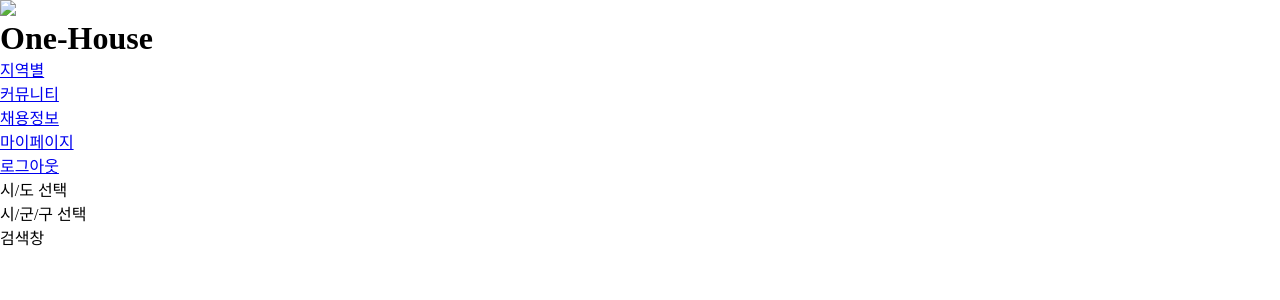
Repository: hans9170/test11
Page: onehouse/src/main/webapp/main.html
An editor plug-in stored every save of this project. The page is shown before and after the next save, followed by the edit.
The browser window is 1280 px wide. The pictures show the whole page.

Above is the page before, as saved 2025-02-05 23:36:14.

After the next save:
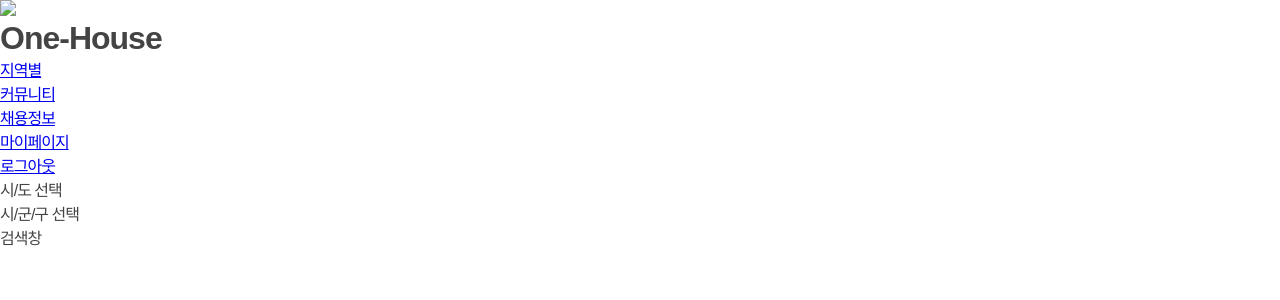
Saved 47 s later.
--- a/onehouse/src/main/webapp/common.css
+++ b/onehouse/src/main/webapp/common.css
@@ -2,10 +2,7 @@
 /* reset */
 *{margin:0; padding: 0}
 
-#wrap{}
-.box_inner{
-	width: 1050px;
-	margin: 0, auto;
-}
+html{height:100%;}
+body {height:100%; font-family:'Malgun Gothic','맑은 고딕',sans-serif; font-size:16px; letter-spacing:-1px; color:#444; white-space:normal; word-wrap:break-word;}
 
 header{}
